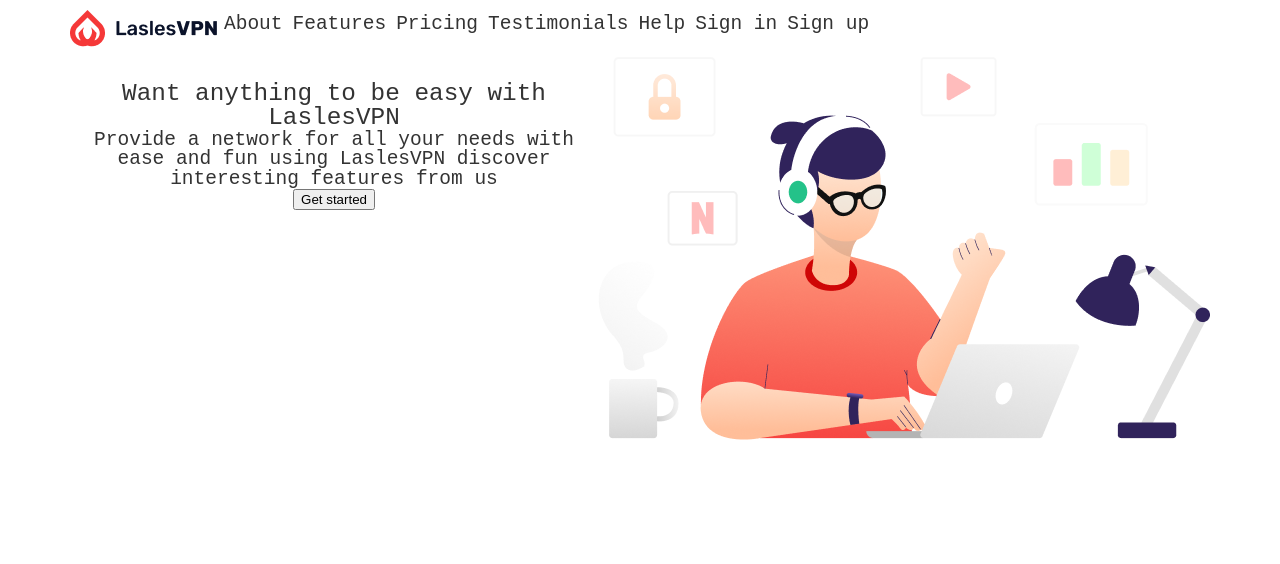
Repository: RaphaelMatheus-br/LP-251123
Page: index.html
An editor plug-in stored every save of this project. The page is shown before and after the next save, followed by the edit.
The browser window is 1280 px wide. The pictures show the whole page.

Above is the page before, as saved 2023-11-25 12:06:04.

### index.html
<!DOCTYPE html>
<html lang="en">

<head>
    <meta charset="UTF-8">
    <meta name="viewport" content="width=device-width, initial-scale=1.0">
    <title>Document</title>
    <link rel="stylesheet" href="style.css">
</head>

<body>

<section class="container flex">
    <img src="./imagens/Logo.png" alt="logo">
	<div class="item">About</div>
	<div class="item">Features</div>
	<div class="item">Pricing</div>
	<div class="item">Testimonials</div>
	<div class="item">Help</div>
	<div class="item">Sign in</div>
    <div class="item">Sign up</div>
</section>

<section class="container row">
    <div class="item">
        <h1 class="sobre__titulo">Want anything to be easy with LaslesVPN</h1>
        <p class="sobre__descricao">Provide a network for all your needs with ease and fun using LaslesVPN discover interesting features from us</p>
        <button class="sobre__botao">Get started</button>
    </div>
    <div class="img">
        <img src="./imagens/Illustration 1.png" alt="logo">
    </div>
</section>

<section class="container rectangle">
    <div class
</section>

</body>
</html>

### style.css
html, body, div, span, applet, object, iframe,
h1, h2, h3, h4, h5, h6, p, blockquote, pre,
a, abbr, acronym, address, big, cite, code,
del, dfn, em, img, ins, kbd, q, s, samp,
small, strike, strong, sub, sup, tt, var,
b, u, i, center,
dl, dt, dd, ol, ul, li,
fieldset, form, label, legend,
table, caption, tbody, tfoot, thead, tr, th, td,
article, aside, canvas, details, embed,
figure, figcaption, footer, header, hgroup,
menu, nav, output, ruby, section, summary,
time, mark, audio, video {
	margin: 0;
	padding: 0;
	border: 0;
	font-size: 100%;
	font: inherit;
	vertical-align: baseline;
    background: white;
}
/* HTML5 display-role reset for older browsers */
article, aside, details, figcaption, figure,
footer, header, hgroup, menu, nav, section {
	display: block;
}
body {
	line-height: 1;
}

ol, ul {
	list-style: none;
}
blockquote, q {
	quotes: none;
}
blockquote:before, blockquote:after,
q:before, q:after {
	content: '';
	content: none;
}
table {
	border-collapse: collapse;
	border-spacing: 0;
}

.container {
    max-width: 1140px;
    margin: 0 auto;
    position: relative;
    padding-top: 10px;
}

/* Flex */
.flex {
	display: flex;
}

.flex-wrap {
	flex-wrap: wrap;
}

.flex-item-1 {
	flex: 1;
}

/* Flex Item */
.item {
	margin: 5px;
	text-align: center;
	font-size: 1.5em;
}

h1 {
	text-align: center;
	margin: 20px 0 0 0;
	font-size: 1.25em;
	font-weight: normal;
}

body {
	font-family: monospace;
	color: #333;
}

.row {
	display: flex;
}

.rectangle__inside {
width: 1140px;
height: 200px;
flex-shrink: 0;
border-radius: 10px;
background: #FFF;
}

After the next save:
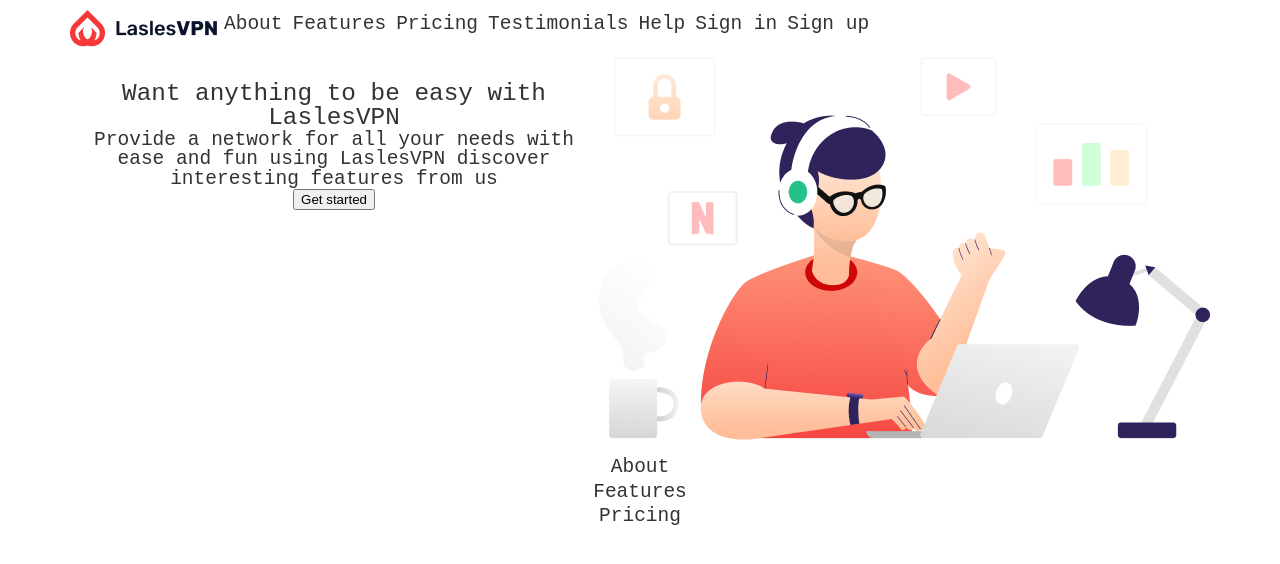
Saved 3 min 57 s later.
--- a/index.html
+++ b/index.html
@@ -33,7 +33,11 @@
 </section>
 
 <section class="container rectangle">
-    <div class
+    <div class="rectangle">
+        <div class="item">About</div>
+	    <div class="item">Features</div>
+	    <div class="item">Pricing</div>
+    </div>
 </section>
 
 </body>
